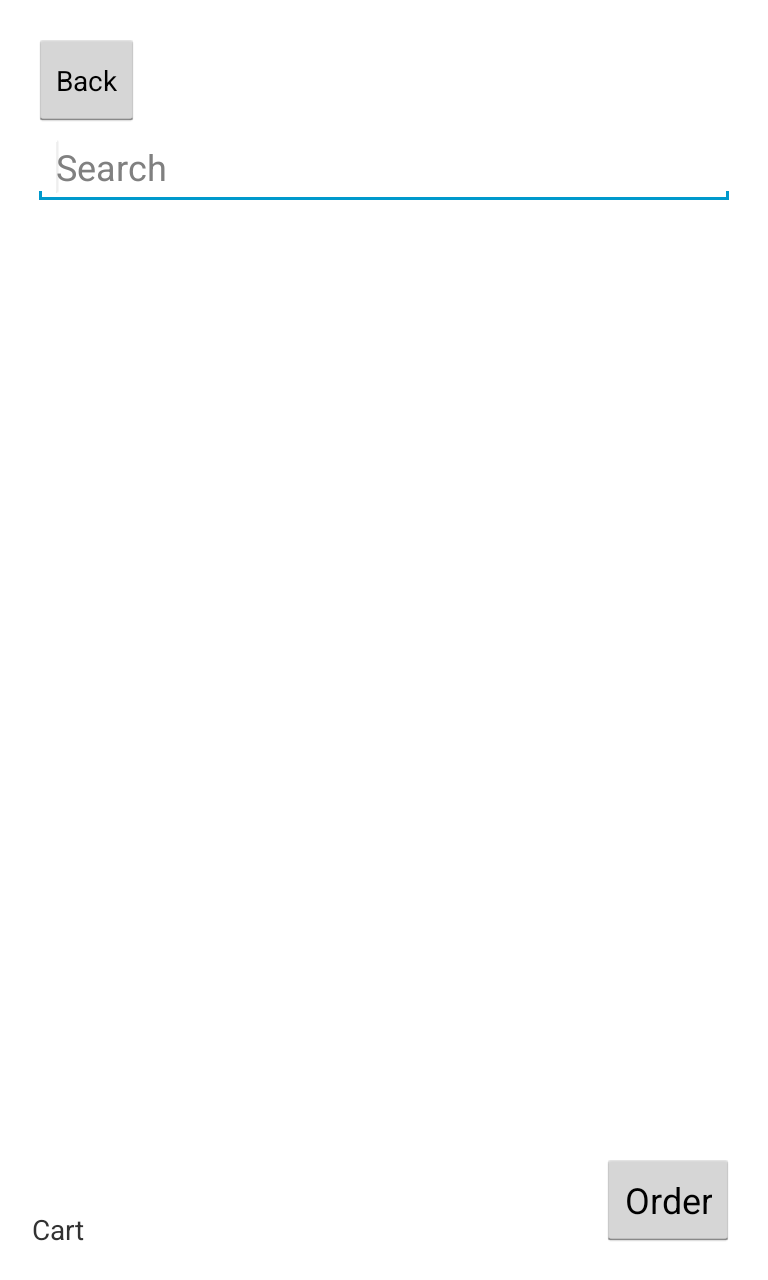
Repository: PotatoBiscuit/Thirstbuster
Layout: MobApp/workspace/DrinkAndGo/res/layout/activity_menu.xml
An editor plug-in stored every save of this project. The layout is shown before and after the next save, followed by the edit.
It is drawn on a 768 x 1280 px phone screen (xhdpi) without system bars, with theme AppTheme; the app's code is not run. The app's manifest (not shown) leaves right-to-left support off. So textAlignment, textDirection and layoutDirection are ignored, and left and right values win over start and end ones.

Above is the layout before, as saved 2016-04-18 00:37:34.

### MobApp/workspace/DrinkAndGo/res/layout/activity_menu.xml
<RelativeLayout xmlns:android="http://schemas.android.com/apk/res/android"
    xmlns:tools="http://schemas.android.com/tools"
    android:layout_width="fill_parent"
    android:layout_height="fill_parent"
    android:gravity="center_horizontal"
    android:orientation="vertical"
    android:paddingBottom="@dimen/activity_vertical_margin"
    android:paddingLeft="@dimen/activity_horizontal_margin"
    android:paddingRight="@dimen/activity_horizontal_margin"
    android:paddingTop="@dimen/activity_vertical_margin"
    tools:context="com.CS477.drinkandgo.activities.MenuActivity" >

    <LinearLayout
        android:layout_width="match_parent"
        android:layout_height="wrap_content"
        android:orientation="vertical" >

        <RelativeLayout
            android:layout_width="match_parent"
            android:layout_height="wrap_content" >

            <TextView
                android:id="@+id/title_text"
                android:layout_width="wrap_content"
                android:layout_height="wrap_content"
                android:layout_alignParentTop="true"
                android:layout_centerInParent="true"
                android:textSize="@dimen/title_size2"
                android:textStyle="bold" />

            <Button
                android:id="@+id/backButton"
                style="?android:attr/buttonStyleSmall"
                android:layout_width="wrap_content"
                android:layout_height="wrap_content"
                android:layout_alignParentLeft="true"
                android:onClick="goBack"
                android:text="@string/back" />
        </RelativeLayout>

        <EditText
            android:id="@+id/menu_search"
            android:layout_width="match_parent"
            android:layout_height="wrap_content"
            android:ems="10"
            android:hint="@string/search" >

            <requestFocus />
        </EditText>

        <ScrollView
        	android:layout_width="fill_parent"
       		android:layout_height="wrap_content">
        		<LinearLayout
            		android:id="@+id/menu_list"
            		android:layout_width="wrap_content"
            		android:layout_height="wrap_content"
            		android:orientation="vertical" >
        		</LinearLayout>
        </ScrollView>

    </LinearLayout>

    <TextView
        android:id="@+id/cart"
        android:layout_width="wrap_content"
        android:layout_height="wrap_content"
        android:layout_alignParentBottom="true"
        android:layout_alignParentLeft="true"
        android:layout_alignParentStart="true"
        android:ems="5"
        android:text="@string/cart" >

    </TextView>

    <Button
        android:id="@+id/order"
        android:layout_width="wrap_content"
        android:layout_height="wrap_content"
        android:layout_alignParentBottom="true"
        android:layout_alignParentEnd="true"
        android:layout_alignParentRight="true"
        android:onClick="gotoCart"
        android:text="@string/order" />

</RelativeLayout>

### MobApp/workspace/DrinkAndGo/res/values/dimens.xml
<resources>

    <!-- Default screen margins, per the Android Design guidelines. -->
    <dimen name="activity_horizontal_margin">16dp</dimen>
    <dimen name="activity_vertical_margin">16dp</dimen>
    <dimen name="title_size">72px</dimen>
    <dimen name="button_margin">10dp</dimen>
    <dimen name="title_margin">50dp</dimen>
    <dimen name="title_size2">25dp</dimen>

</resources>

### MobApp/workspace/DrinkAndGo/res/values/strings.xml
<?xml version="1.0" encoding="utf-8"?>
<resources>

    <string name="app_name">DrinkAndGo</string>
    <string name="sign_in">Sign In</string>
    <string name="sign_up">Sign Up</string>
    <string name="title_activity_sign_in">SignInActivity</string>
    <string name="hello_world">Hello world!</string>
    <string name="action_settings">Settings</string>
    <string name="title_activity_sign_up">SignUpActivity</string>
    <string name="username">Username</string>
    <string name="password">Password</string>
    <string name="submit">Submit</string>
    <string name="title_activity_venue_search">VenueSearchActivity</string>
    <string name="name">Name</string>
    <string name="confirm_password">Re-enter Password</string>
    <string name="card_number">Credit Card Number</string>
    <string name="password_error">Passwords do not match!</string>
    <string name="input_error">All fields must be filled!</string>
    <string name="username_error">Username or password is incorrect!</string>
    <string name="username_not_unique">Username is already taken!</string>
    <string name="search_venue">Search Venue</string>
    <string name="search">Search</string>
    <string name="select">Select</string>
    <string name="title_activity_menu">MenuActivity</string>
    <string name="back">Back</string>
    <string name="cart">Cart</string>
    <string name="title_activity_cart">CartActivity</string>
    <string name="order">Order</string>
    <string name="self">Self-Service</string>
	<string name="table">Table-Service</string>
	<string name="enter_table_num">Enter Table Number</string>

</resources>

Loaded but not shown: MobApp/workspace/DrinkAndGo/res/values/styles.xml (common file); MobApp/workspace/DrinkAndGo/res/values-v11/styles.xml (common file); MobApp/workspace/DrinkAndGo/res/values-v14/styles.xml (common file); MobApp/workspace/DrinkAndGo/res/values-w820dp/dimens.xml (common file)

After the next save:
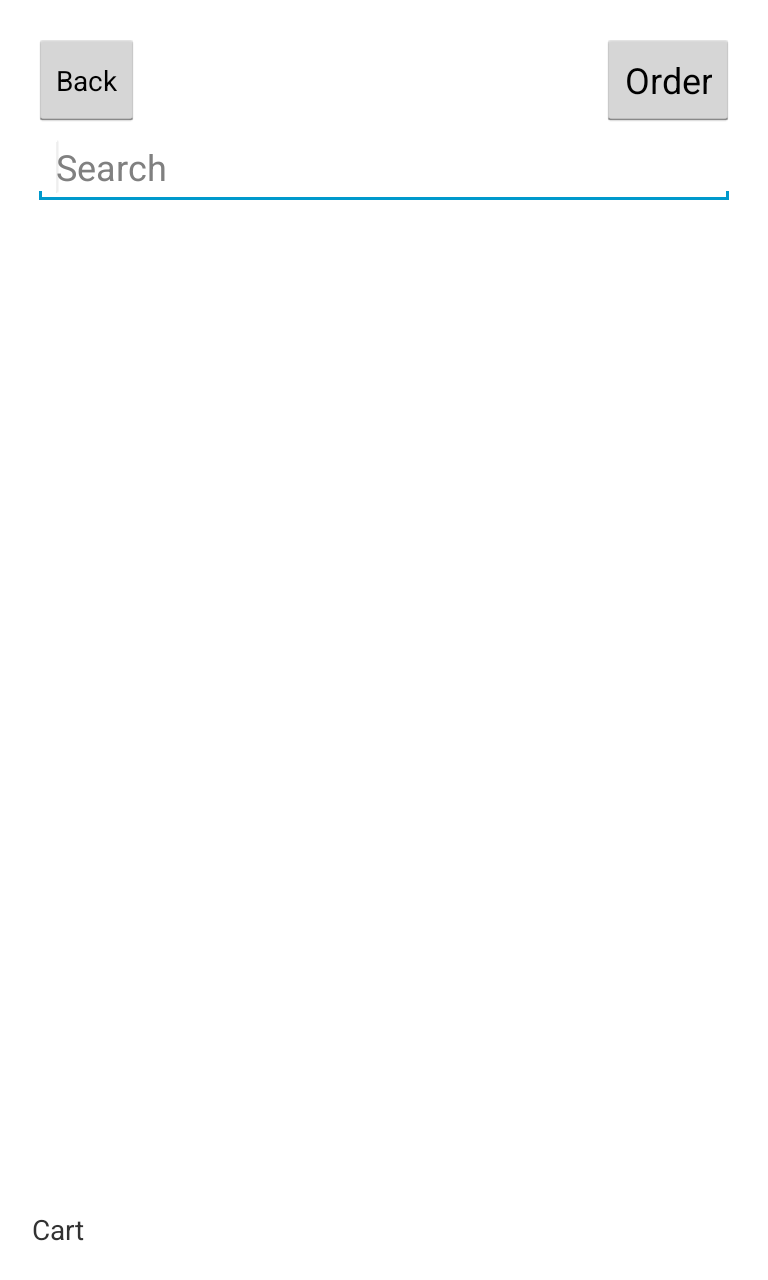
Saved 7 min 53 s later.
--- a/MobApp/workspace/DrinkAndGo/res/layout/activity_menu.xml
+++ b/MobApp/workspace/DrinkAndGo/res/layout/activity_menu.xml
@@ -33,9 +33,20 @@
                 style="?android:attr/buttonStyleSmall"
                 android:layout_width="wrap_content"
                 android:layout_height="wrap_content"
-                android:layout_alignParentLeft="true"
+                android:layout_alignParentStart="true"
+                android:layout_alignParentTop="true"
                 android:onClick="goBack"
                 android:text="@string/back" />
+
+            <Button
+                android:id="@+id/order"
+                android:layout_width="wrap_content"
+                android:layout_height="wrap_content"
+                android:layout_alignParentEnd="true"
+                android:layout_alignParentTop="true"
+                android:onClick="gotoCart"
+                android:text="@string/order" />
+
         </RelativeLayout>
 
         <EditText
@@ -73,14 +84,4 @@
 
     </TextView>
 
-    <Button
-        android:id="@+id/order"
-        android:layout_width="wrap_content"
-        android:layout_height="wrap_content"
-        android:layout_alignParentBottom="true"
-        android:layout_alignParentEnd="true"
-        android:layout_alignParentRight="true"
-        android:onClick="gotoCart"
-        android:text="@string/order" />
-
 </RelativeLayout>
